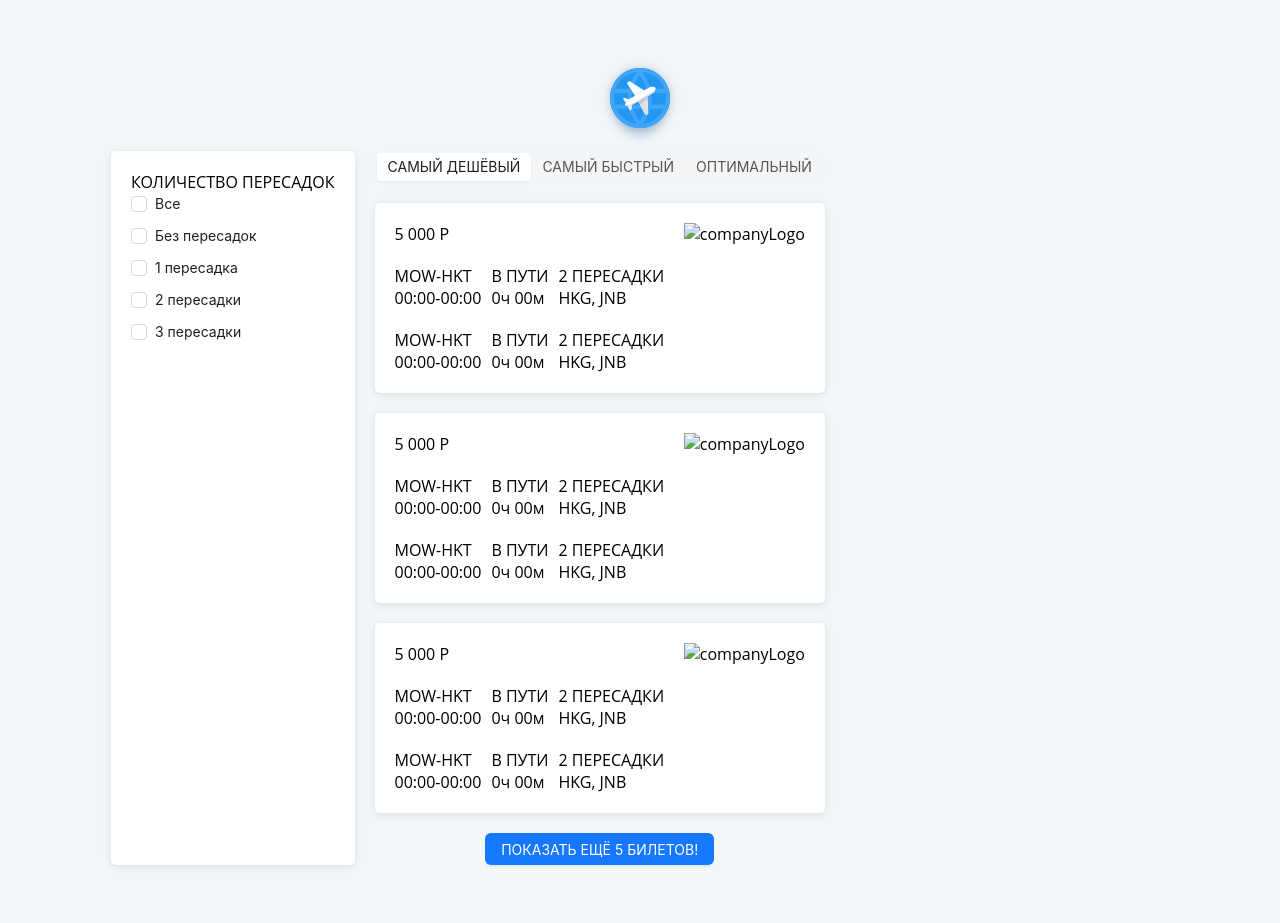
Repository: Dedoxa/aviasalesTickets
Page: /
An editor plug-in stored every save of this project. The page is shown before and after the next save, followed by the edit.
The browser window is 1280 px wide. The pictures show the whole page.
The project was rebuilt for these pictures with package versions that can differ from the ones it lists, and the page was loaded fresh each time. Also part of the build but not shown: vite.config.js.

Above is the page before, as saved 2024-10-19 17:05:16.

### index.html
<!doctype html>
<html lang="en">
  <head>
    <meta charset="UTF-8" />
    <meta name="viewport" content="width=device-width, initial-scale=1.0" />
    <title>AviasalesTickets</title>
  </head>
  <body>
    <div id="root"></div>
    <script type="module" src="/src/main.jsx"></script>
  </body>
</html>

### src/main.jsx
import { StrictMode } from 'react';
import { createRoot } from 'react-dom/client';

import App from './App.jsx';

createRoot(document.getElementById('root')).render(
  <StrictMode>
    <App />
  </StrictMode>
);

### src/App.jsx
import TransferFilters from './TransferFilters/TransferFilters.jsx';
import AppIcon from './AppIcon/AppIcon.jsx';
import PriceFilters from './PriceFilters/PriceFilters.jsx';
import TicketCard from './TicketCard/TicketCard.jsx';
import ShowMoreButton from './ShowMoreButton/ShowMoreButton.jsx';
import classes from './App.module.scss';

function App() {
  return (
    <main className={classes.App}>
      <AppIcon />
      <div style={{ display: 'flex', gap: '20px' }}>
        <TransferFilters />
        <div className={classes['priceFiltersAndTicketsContainer']}>
          <PriceFilters />
          <TicketCard />
          <TicketCard />
          <TicketCard />
          <ShowMoreButton />
        </div>
      </div>
    </main>
  );
}

export default App;

### src/TransferFilters/TransferFilters.jsx
import { Checkbox } from 'antd';

import { contentBox } from '../App.module.scss';

import classes from './TransferFilters.module.scss';

const TransferFilters = () => {
  return (
    <>
      <div className={contentBox}>
        <span className={classes.title}>КОЛИЧЕСТВО ПЕРЕСАДОК</span>
        <div className={classes.checkboxContainer}>
          <Checkbox>Все</Checkbox>
          <Checkbox>Без пересадок</Checkbox>
          <Checkbox>1 пересадка</Checkbox>
          <Checkbox>2 пересадки</Checkbox>
          <Checkbox>3 пересадки</Checkbox>
        </div>
      </div>
    </>
  );
};

export default TransferFilters;

### src/AppIcon/AppIcon.jsx
import classes from './AppIcon.module.scss';

const AppIcon = () => {
  return (
    <div className={classes.AppIcon}>
      <img src="/public/img/Logo.svg" alt="AviasalesIcon" />
    </div>
  );
};

export default AppIcon;

### src/PriceFilters/PriceFilters.jsx
import { Segmented } from 'antd';

const PriceFilters = () => {
  return <Segmented options={['САМЫЙ ДЕШЁВЫЙ', 'САМЫЙ БЫСТРЫЙ', 'ОПТИМАЛЬНЫЙ']} />;
};

export default PriceFilters;

### src/TicketCard/TicketCard.jsx
import { contentBox } from '../App.module.scss';

import classes from './TicketCard.module.scss';

const TicketCard = () => {
  return (
    <div className={contentBox} style={{display: 'flex', flexDirection: 'column', gap: '20px'}}>
      <div className={classes.mainTicketInfo}>
        <span>5 000 Р</span>
        <img src="" alt="companyLogo"></img>
      </div>
      <div className={classes.otherTicketInfo}>
        <div className={classes['infoRow']}>
          <div className={classes['infoTwoLined']}>
            <div className={classes['']}>MOW-HKT</div>
            <div>00:00-00:00</div>
          </div>
          <div className={classes['infoTwoLined']}>
            <div className={classes['']}>В ПУТИ</div>
            <div>0ч 00м</div>
          </div>
          <div className={classes['infoTwoLined']}>
            <div className={classes['']}>2 ПЕРЕСАДКИ</div>
            <div>HKG, JNB</div>
          </div>
        </div>
        <div className={classes['infoRow']}>
          <div className={classes['infoTwoLined']}>
            <div className={classes['']}>MOW-HKT</div>
            <div>00:00-00:00</div>
          </div>
          <div className={classes['infoTwoLined']}>
            <div className={classes['']}>В ПУТИ</div>
            <div>0ч 00м</div>
          </div>
          <div className={classes['infoTwoLined']}>
            <div className={classes['']}>2 ПЕРЕСАДКИ</div>
            <div>HKG, JNB</div>
          </div>
        </div>
      </div>
    </div>
  );
};

export default TicketCard;

### src/ShowMoreButton/ShowMoreButton.jsx
import { Button } from 'antd';

import classes from './ShowMoreButton.module.scss';

const ShowMoreButton = () => {
  return (
    <div className={classes.showMoreButton}>
      <Button type="primary">ПОКАЗАТЬ ЕЩЁ 5 БИЛЕТОВ!</Button>
    </div>
);
};

export default ShowMoreButton;

### src/App.module.scss
@font-face {
  font-family: 'Open Sans';
  src: url('https://fonts.googleapis.com/css2?family=Open+Sans:ital,wght@0,300..800;1,300..800&display=swap');
}

.contentBox {
  display: inline-block;
  font-family: 'Open Sans', sans-serif;
  background-color: #fff;
  border-radius: 5px;
  box-shadow: 0 2px 8px 0 rgba(0, 0, 0, 0.1);
  padding: 20px;
}

body {
  background-color: #f3f7fa;
  padding: 50px 103px;
}

.App {
  .priceFiltersAndTicketsContainer {
    display: flex;
    flex-direction: column;
    gap: 20px;
  }
}

### src/TransferFilters/TransferFilters.module.scss
.title {
  margin-bottom: 20px;
}

.checkboxContainer {
  display: flex;
  flex-direction: column;
  gap: 10px;
}

### src/AppIcon/AppIcon.module.scss
.AppIcon {
    text-align: center;
}

### src/TicketCard/TicketCard.module.scss
.mainTicketInfo,
.otherTicketInfo {
  display: flex;
}

.mainTicketInfo {
  justify-content: space-between;
}

.otherTicketInfo {
  flex-direction: column;
  gap: 20px;

  .infoRow {
    display: flex;
    gap: 10px;
    // color: #A0B0B9;
  }

  .infoTwoLined {
    display: flex;
    flex-direction: column;
  }
}

### src/ShowMoreButton/ShowMoreButton.module.scss
.showMoreButton {
    text-align: center;
}

After the next save:
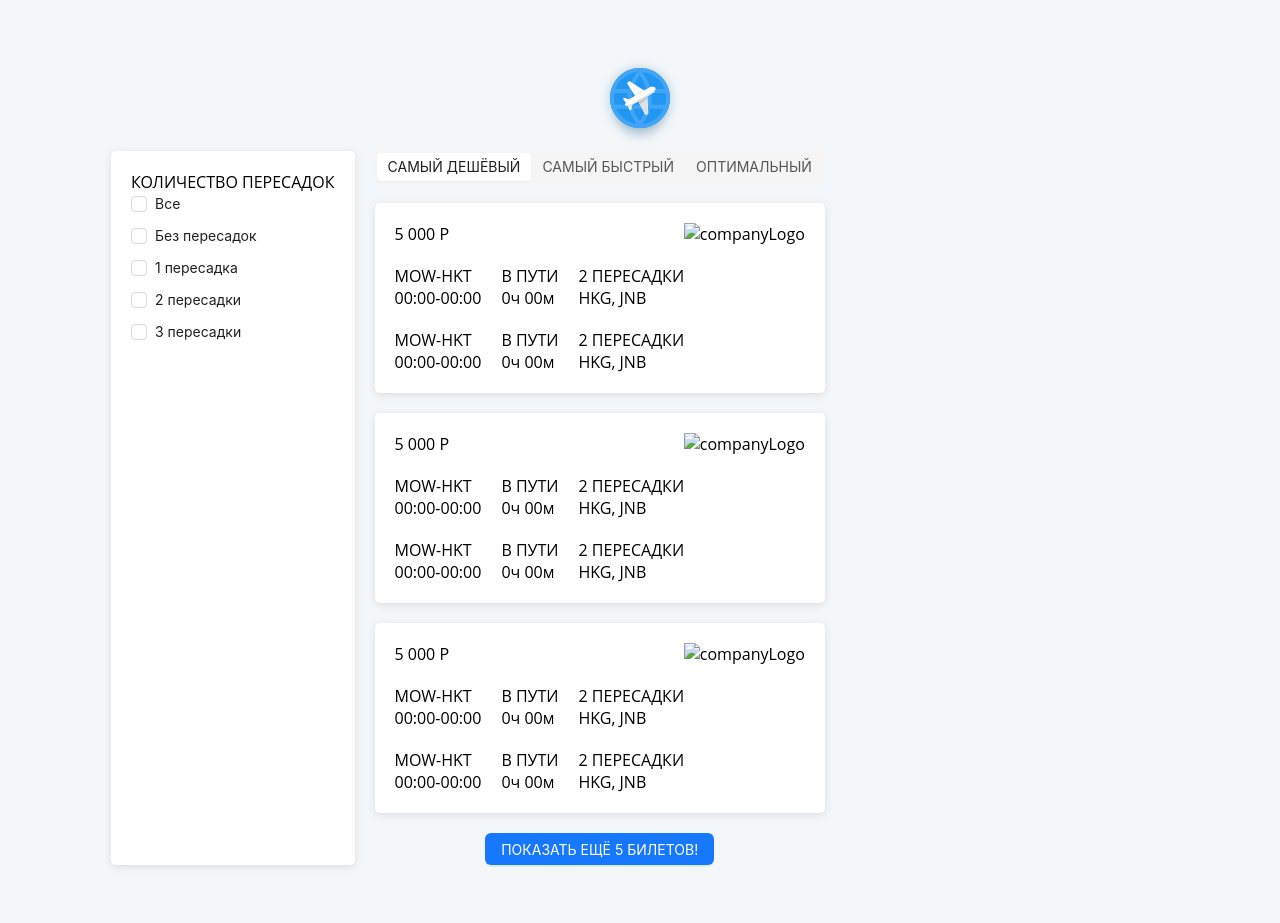
Saved 10 s later.
--- a/src/TicketCard/TicketCard.module.scss
+++ b/src/TicketCard/TicketCard.module.scss
@@ -13,7 +13,7 @@
 
   .infoRow {
     display: flex;
-    gap: 10px;
+    gap: 20px;
     // color: #A0B0B9;
   }
 
